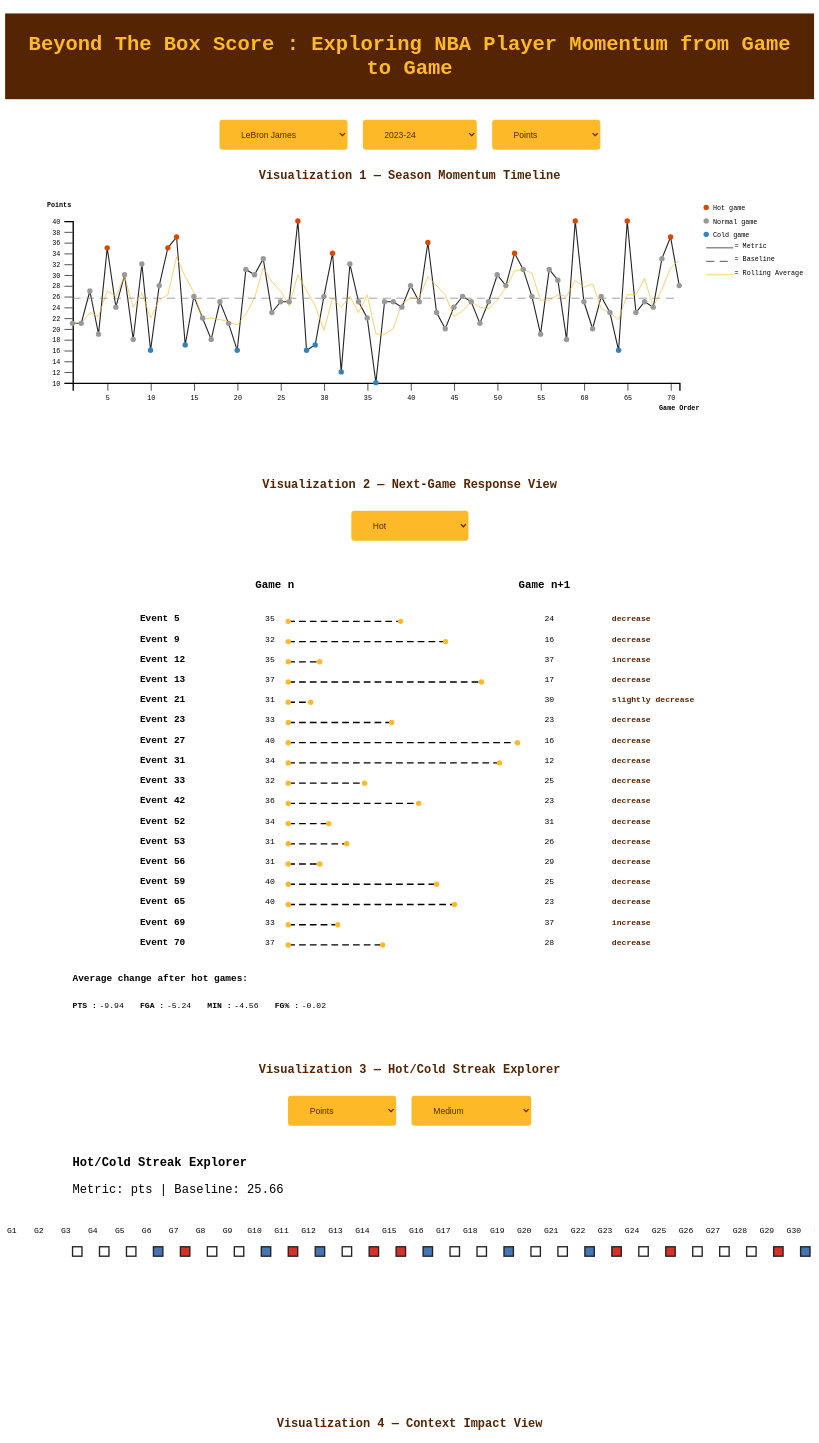
Repository: houdafatih/Data-Viz-Project
Page: index.html
The author's editor kept a copy of each file at every save. The page is drawn from the files as they stood at one save, then again after a run of saves.
The browser window is 1280 px wide. The pictures show the whole page, at 64% of full size.

Above is the page before, as saved 2026-06-21 02:37:01.

After the next 2 saves:
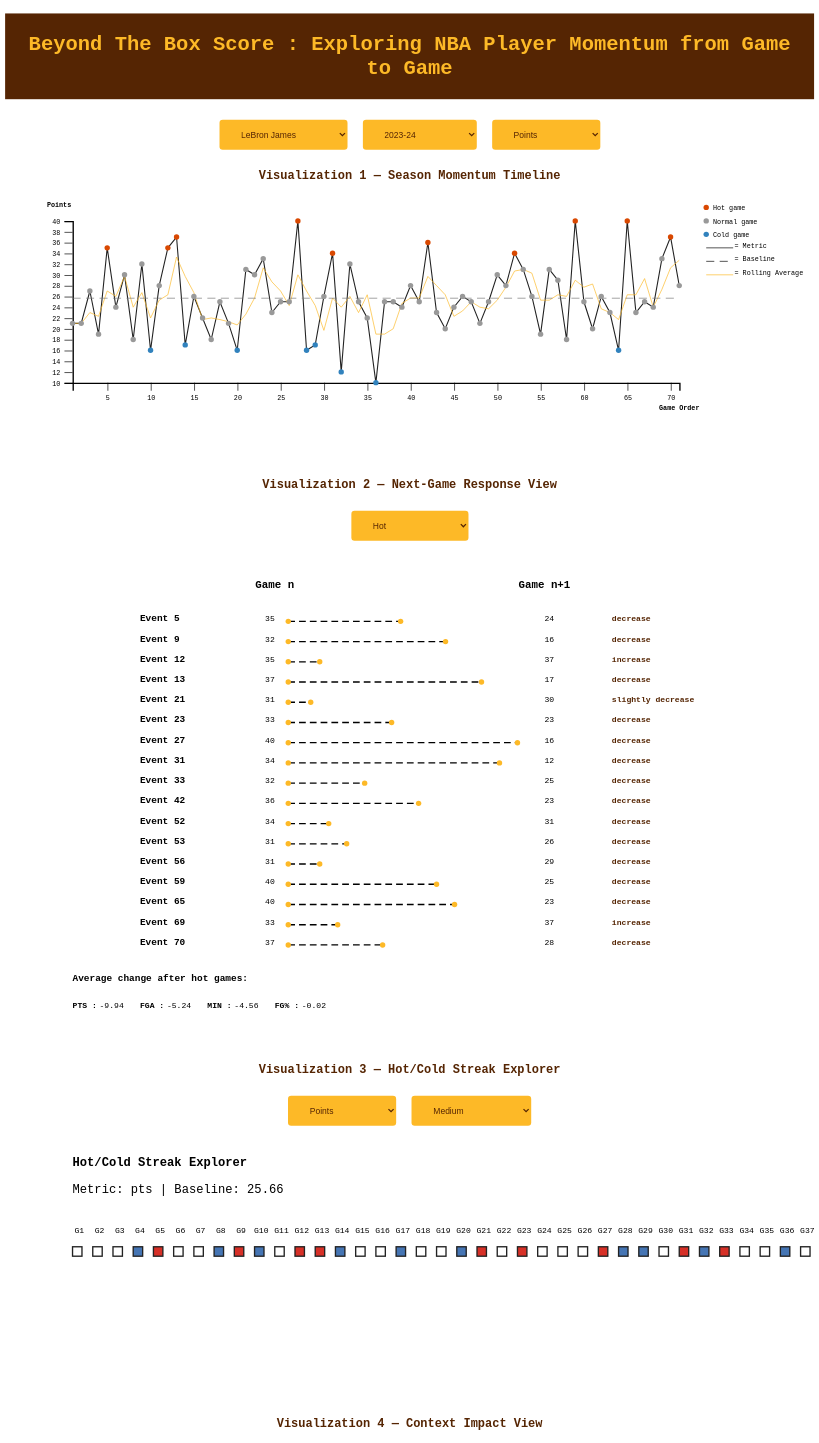
The 2 saves are shown as one change because they came seconds apart.
The last was saved 6 min 14 s later.
--- a/scripts/visualization3.js
+++ b/scripts/visualization3.js
@@ -17,8 +17,6 @@
      addLablels(svg,baseline_classif.classification,canvas)
 
      addCells(svg,baseline_classif.classification,canvas,scale)
-
-     console.log(baseline_classif.classification.length)
 
 }
 
@@ -79,14 +77,14 @@
 }
 
 function addLablels(svg, classification,canvas){
+    const num = 20
     svg.selectAll(".game-label").data(classification).enter().append("text").attr("class","game-label")
-    .attr("x",(d,j) => j * 20 + 10 /2).attr("y",75).attr("text-anchor","middle")
+    .attr("x",(d,j) => canvas.margin.left + j * 15 + 10 /2).attr("y",75).attr("text-anchor","middle")
     .attr("font-size","6px").text(d => `G${d.g_num}`)
 }
 
 function addCells(svg, classification,canvas,scale){
     svg.selectAll(".game-cell").data(classification).enter().append("rect").attr("class","game-cell")
-    .attr("x",(d,j) => canvas.margin.left + j * 20).attr("y",85).attr("width",7).attr("height",7)
+    .attr("x",(d,j) => canvas.margin.left + j * 15).attr("y",85).attr("width",7).attr("height",7)
     .attr("fill",d => scale(d.perf_label)).attr("stroke","#222").attr("stroke-width",1)
-
 }
